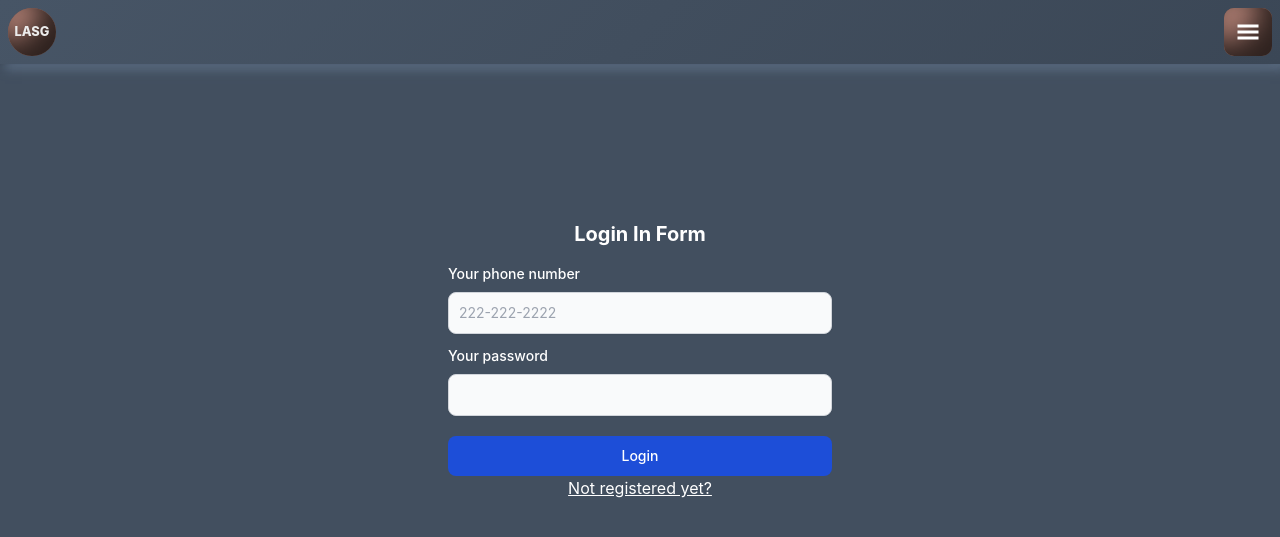
Repository: ShindanoSingi/LA-Swahili-Group
Page: /login (app in client/), after clicking the first element matching `p.text-white`
The author's editor kept a copy of each file at every save. The page is drawn from the files as they stood at one save, then again after the next save.
The browser window is 1280 px wide. The pictures show the whole page.
The project was rebuilt for these pictures with package versions that can differ from the ones it lists, and the page was loaded fresh each time. Also part of the build but not shown: client/src/pages/error/Error.css, client/src/pages/error/Error.js, client/src/pages/home/Home.js, client/src/pages/about/About.js, client/src/pages/contact/Contact.js.

Above is the page before, as saved 2024-02-06 23:09:23.

### client/src/index.js
import React from 'react';
import ReactDOM from 'react-dom/client';
import './index.css';
import App from './App';
import reportWebVitals from './reportWebVitals';
import { Provider } from "react-redux";
import store from './redux/store';
import { BrowserRouter } from 'react-router-dom';


const root = ReactDOM.createRoot(document.getElementById('root'));
root.render(
  <Provider store={store}>
    <BrowserRouter>
    <App />
    </BrowserRouter>
  </Provider>
);

// If you want to start measuring performance in your app, pass a function
// to log results (for example: reportWebVitals(console.log))
// or send to an analytics endpoint. Learn more: https://bit.ly/CRA-vitals
reportWebVitals();

### client/src/index.css
@tailwind base;
@tailwind components;
@tailwind utilities;

:root{
  --primary: #424F5F;
  --secondary: #F3F3F3;
  --tertiary: #F4A261;
  --quaternary: #2A9D8F;
  --quinary: #E9C46A;

}

body {
  margin: 0;
  font-family: -apple-system, BlinkMacSystemFont, 'Segoe UI', 'Roboto', 'Oxygen',
    'Ubuntu', 'Cantarell', 'Fira Sans', 'Droid Sans', 'Helvetica Neue',
    sans-serif;
  -webkit-font-smoothing: antialiased;
  -moz-osx-font-smoothing: grayscale;
}

.container{
  max-height: 100vh;
  background-color: var(--primary);
}

.container {
  display: flex;
  justify-content: center;
  align-items: center;
  height: 100vh;
}

.logo{
  height: 100dvh;
}

### client/src/App.js
import Header from "./components/header/Header";
import Error from "./pages/error/Error";
import Home from "./pages/home/Home";
import { Routes, Route } from "react-router-dom";
import About from "./pages/about/About";
import Contact from "./pages/contact/Contact";
import Login from "./pages/login/Login";

function App() {
      return (
            <>
                  <Header />
                  <Routes>
                        <Route path="/" element={<Home />} />
                        <Route path="/about" element={<About />} />
                        <Route path="/contact" element={<Contact />} />
                        <Route path="/login" element={<Login />} />
                        <Route
                              path="/:rest*"
                              element={
                                    <h1>
                                          <Error />
                                    </h1>
                              }
                        />
                  </Routes>
            </>
      );
}

export default App;

### client/src/redux/store.js
import { configureStore } from "@reduxjs/toolkit";

import userReducer from "./userSlice";

const store = configureStore({
    reducer: {
        userReducer,
    },
});

export default store;

### client/src/components/header/Header.js
import React, { useState } from 'react'
import './Header.css'
import { GiHamburgerMenu } from "react-icons/gi";
import { Link } from 'react-router-dom';

function Header() {
  const [show, setShow] = useState(false)

  return (
    <div className='header absolute top-0 w-full flex items-center justify-between p-2'>
        <div className='w-12 h-12 rounded-full text-[0.8rem] logo-button flex font-extrabold text-[#EBEBEB] justify-center items-center'>LASG</div>
        <div>
            <Link to='/'>
                <div className='hambourger h-12 w-12 flex items-center justify-center'>
                    <GiHamburgerMenu className='text-[#FFFFFF] text-2xl' onClick={() => setShow(!show)} />
                </div>
            </Link>
        </div>
        {
            show && (<ul className='flex flex-col items-center p-2 top-[4.2rem] right-2 menu text-[#FFFFFF] absolute'>
            <Link to='/' onClick={() => setShow(!show)}>
             <li className='menu-item'>Home</li>
            </Link>
            <Link to='/about' onClick={() => setShow(!show)}>
            <li className='menu-item'>About</li>
            </Link>
            <Link to='/contact' onClick={() => setShow(!show)}>
            <li className='menu-item'>Contact</li>
            </Link>
            <Link to='/login' onClick={() => setShow(!show)}>
            <li className='menu-item'>Login</li>
            </Link>
        </ul>)
        }
    </div>
  )
}

export default Header

### client/src/pages/login/Login.js
import React, { useState } from "react";

function Login() {
    const [showRegisterButton, setShowRegisterButton] = useState(false);

      return (
            <div className="container">
                  <div className="w-[80%]">
                    {
                        !showRegisterButton && (                        <h1 className="text-xl font-bold text-center mb-4 text-white dark:text-white">Registration Form</h1>
                        )
                    }
                    {
                        showRegisterButton && (                        <h1 className="text-xl font-bold text-center mb-4 text-white dark:text-white">Login In Form</h1>
                        )
                    }
                        <form className="max-w-sm mx-auto">
                              <div className="mb-3">
                                    <label
                                          for="email"
                                          className="block mb-2 text-sm font-medium text-white dark:text-white"
                                    >
                                          Your phone number
                                    </label>
                                    <input
                                          type="phone"
                                          id="phone"
                                          className="shadow-sm bg-gray-50 border border-gray-300 text-gray-900 text-sm rounded-lg focus:ring-blue-500 focus:border-blue-500 block w-full p-2.5 dark:bg-gray-700 dark:border-gray-600 dark:placeholder-gray-400 dark:text-white dark:focus:ring-blue-500 dark:focus:border-blue-500 dark:shadow-sm-light"
                                          placeholder="222-222-2222"
                                          required
                                    />
                              </div>
                              <div className="mb-3">
                                    <label
                                          for="password"
                                          className="block mb-2 text-sm font-medium text-white dark:text-white"
                                    >
                                          Your password
                                    </label>
                                    <input
                                          type="password"
                                          id="password"
                                          className="shadow-sm bg-gray-50 border border-gray-300 text-gray-900 text-sm rounded-lg focus:ring-blue-500 focus:border-blue-500 block w-full p-2.5 dark:bg-gray-700 dark:border-gray-600 dark:placeholder-gray-400 dark:text-white dark:focus:ring-blue-500 dark:focus:border-blue-500 dark:shadow-sm-light"
                                          required
                                    />
                              </div>
                              {
                                !showRegisterButton && (
                                    <div className="mb-3">
                                    <label
                                          for="repeat-password"
                                          className="block mb-2 text-sm font-medium text-white dark:text-white"
                                    >
                                          Repeat password
                                    </label>
                                    <input
                                          type="password"
                                          id="repeat-password"
                                          className="shadow-sm bg-gray-50 border border-gray-300 text-gray-900 text-sm rounded-lg focus:ring-blue-500 focus:border-blue-500 block w-full p-2.5 dark:bg-gray-700 dark:border-gray-600 dark:placeholder-gray-400 dark:text-white dark:focus:ring-blue-500 dark:focus:border-blue-500 dark:shadow-sm-light"
                                          required
                                    />
                              </div>
                                )
                              }

                              {
                                showRegisterButton && (
                                    <div>
                                    <button
                                          type="submit"
                                          className="text-white mt-2 w-full bg-blue-700 hover:bg-blue-800 focus:ring-4 focus:outline-none focus:ring-blue-300 font-medium rounded-lg text-sm px-5 py-2.5 text-center dark:bg-blue-600 dark:hover:bg-blue-700 dark:focus:ring-blue-800"
                                    >
                                          Login
                                    </button>
                                    <p className="text-white text-center underline" onClick={()=>{
                                        setShowRegisterButton(false);
                                    }}>Not registered yet?</p>
                              </div>
                                )
                              }

                              {
                                !showRegisterButton && (
                                    <div>
                                    <button
                                          type="submit"
                                          className="text-white mt-2 w-full bg-blue-700 hover:bg-blue-800 focus:ring-4 focus:outline-none focus:ring-blue-300 font-medium rounded-lg text-sm px-5 py-2.5 text-center dark:bg-blue-600 dark:hover:bg-blue-700 dark:focus:ring-blue-800"
                                    >
                                          Register new account
                                    </button>
                                    <p className="text-white text-center underline" onClick={()=>{
                                        setShowRegisterButton(true);
                                    }}>Already Registered?</p>
                              </div>
                                )
                              }
                        </form>
                  </div>
            </div>
      );
}

export default Login;

### client/src/redux/userSlice.js
import {createSlice} from '@reduxjs/toolkit';

const userSlice = createSlice({
    name: 'user',
    initialState: {
        user: null,
    },
    reducers: {
        setUser: (state, action) => {
            state.user = action.payload;
        },
    },
});

export const {setUser} = userSlice.actions;
export default userSlice.reducer;

### client/src/components/header/Header.css
.header {
    border-radius: 0px;
background: linear-gradient(315deg, #3b4756, #475566);
box-shadow:  -5px -5px 10px #262e37,
             5px 5px 10px #5e7087;
}

.logo-button {
    border-radius: 50%;
    background: #6E5049;
    box-shadow: inset -14px -14px 27px #2d211e, inset 14px 14px 27px #af7f74;
}

.hambourger {
    border-radius: 10px;
    background: #6E5049;
    box-shadow: inset -14px -14px 27px #2d211e, inset 14px 14px 27px #af7f74;
}

.menu {
    border-radius: 9px;
    background: #3E5F75;
    box-shadow: inset -5px -5px 10px #38556c, inset 5px 5px 10px #5885a8;
    padding: 0.5rem;
}

.menu-item{
    border-radius: 7px;
background: #486D8A;
box-shadow: inset -15px -15px 13px #2a3f50,
            inset 15px 15px 13px #669bc4;
            width: 5rem;
            text-align: center;
            margin: 0.2rem;
            padding: 0.2rem 0.5rem;
}

Loaded but not shown: client/public/index.html (common file); client/src/reportWebVitals.js (common file); client/tailwind.config.js (common file)

After the next save:
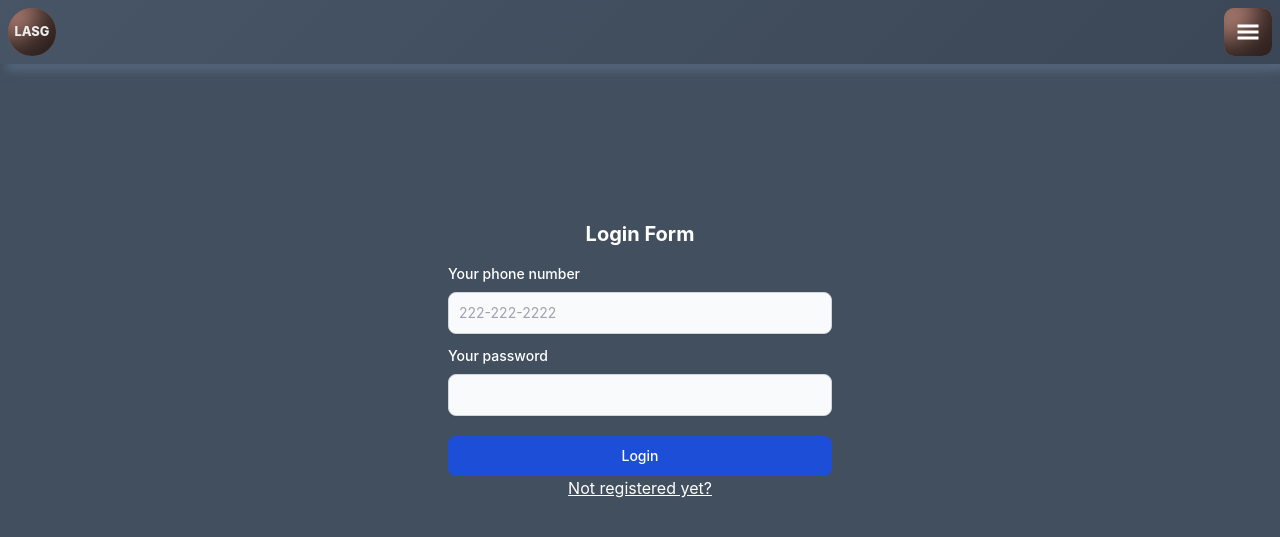
Saved 16 s later.
--- a/client/src/pages/login/Login.js
+++ b/client/src/pages/login/Login.js
@@ -11,7 +11,7 @@ function Login() {
                         )
                     }
                     {
-                        showRegisterButton && (                        <h1 className="text-xl font-bold text-center mb-4 text-white dark:text-white">Login In Form</h1>
+                        showRegisterButton && (                        <h1 className="text-xl font-bold text-center mb-4 text-white dark:text-white">Login Form</h1>
                         )
                     }
                         <form className="max-w-sm mx-auto">
